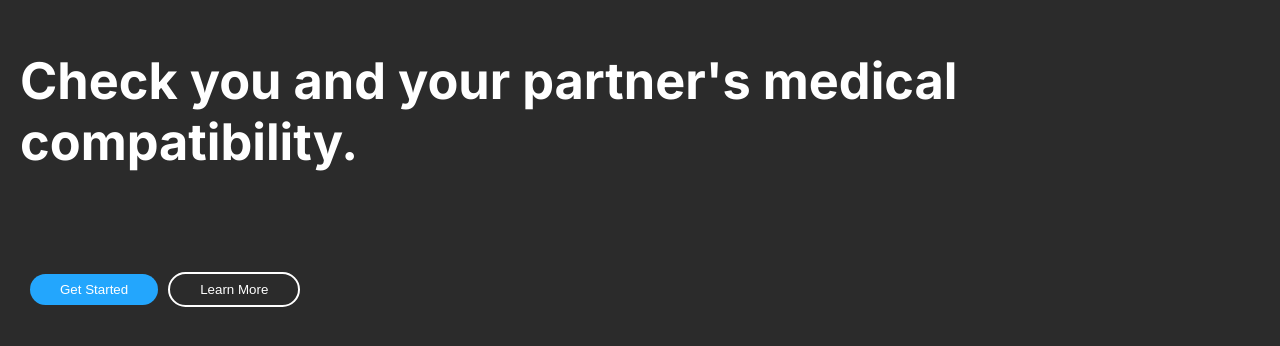
Repository: devhabeeblateef/tictactoe
Page: /
These files come from the project's save history. The page is drawn as it stood at one moment and after a run of saves; the edit follows.
The browser window is 1280 px wide. The pictures show the whole page.
The project was rebuilt for these pictures with package versions that can differ from the ones it lists, and the page was loaded fresh each time. Also part of the build but not shown: src/App.css.

Above is the page before, as saved 2022-06-17 00:39:26.

After the next 2 saves:
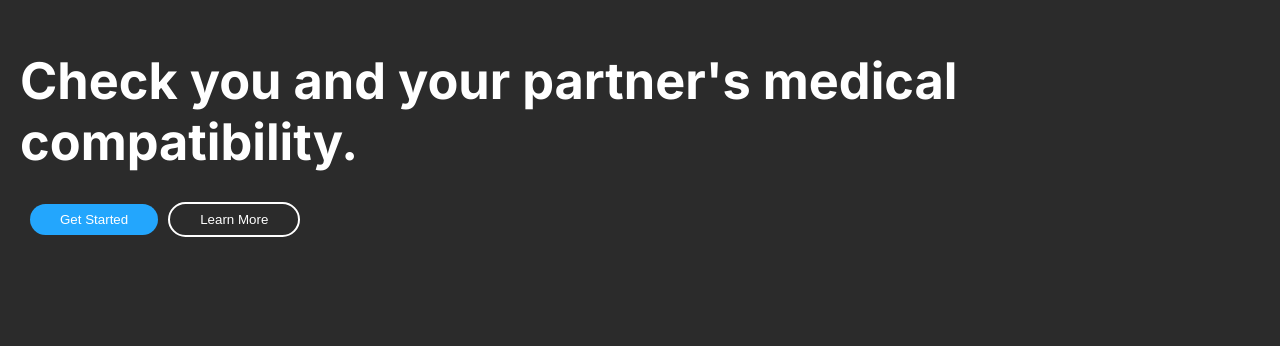
The 2 saves are shown as one change because they came seconds apart.
The last was saved 22 s later.
--- a/src/Home.js
+++ b/src/Home.js
@@ -7,6 +7,9 @@ function Home() {
     <h1 className={classes.home__header}>
         Check you and your partner's medical compatibility.
     </h1>
+    <p className={classes.home__info}>
+
+    </p>
     <div className={classes.button}>
         <button className={classes.button__one}><a href="index2.html">Get Started</a></button>
         <button className={classes.button__two}>Learn More</button>
